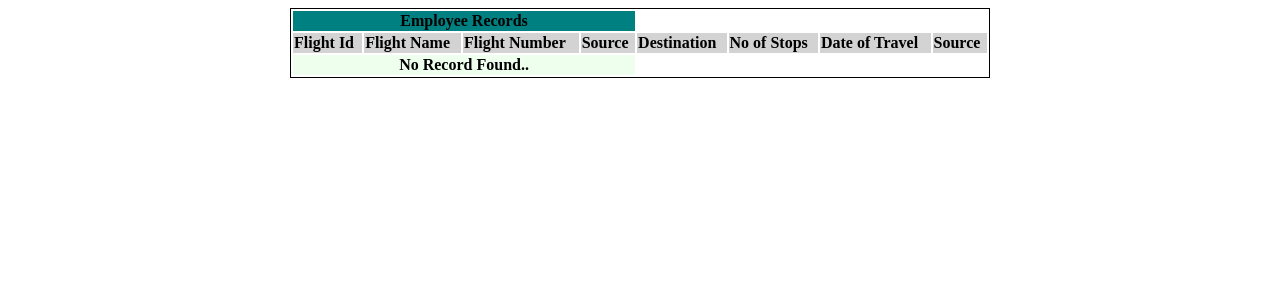
Repository: pawankas/Java_Mini_Project
Page: http://localhost/AirReservation/SearchView.jsp
An editor plug-in stored every save of this project. The page is shown before and after the next save, followed by the edit.
The browser window is 1280 px wide. The pictures show the whole page.
The page is served by Tomcat 9. Other server files are loaded and not shown. The template is opened directly, without the code that normally fills it, so the values that code supplies are empty.

Above is the page before, as saved 2022-03-16 05:39:02.

### Mini_Project_Java/AirReservation/WebContent/SearchView.jsp
<%@ page import="java.util.*" %>
 <%@page contentType="text/html" pageEncoding="UTF-8"%>
<!DOCTYPE HTML>
<html>
    <head>
    </head>
    <body>
        <table width="700px" align="center"
               style="border:1px solid #000000;">
            <tr>
                <td colspan=4 align="center"
                    style="background-color:teal">
                    <b>Employee Records</b></td>
            </tr>
            <tr style="background-color:lightgrey;">
                <td><b>Flight Id</b></td>
                <td><b>Flight Name</b></td>
                <td><b>Flight Number</b></td>
                <td><b>Source</b></td>
                <td><b>Destination</b></td>
                <td><b>No of Stops</b></td>
                <td><b>Date of Travel</b></td>
                <td><b>Source</b></td>
            </tr>
            <%
                int count = 0;
                String color = "#F9EBB3";
                if (request.getAttribute("piList") != null) {
                    ArrayList al = (ArrayList) request.getAttribute("piList");
                    System.out.println(al);
                    Iterator itr = al.iterator();
                    while (itr.hasNext()) {

                        if ((count % 2) == 0) {
                            color = "#eeffee";
                        }
                        count++;
                        ArrayList pList = (ArrayList) itr.next();
            %>
            <tr style="background-color:<%=color%>;">
                <td><%=pList.get(0)%></td>
                <td><%=pList.get(1)%></td>
                <td><%=pList.get(2)%></td>
                <td><%=pList.get(3)%></td>
            </tr>
            <%
                    }
                }
                if (count == 0) {
            %>
            <tr>
                <td colspan=4 align="center"
                    style="background-color:#eeffee"><b>No Record Found..</b></td>
            </tr>
            <%            }
            %>
        </table>
    </body>
</html>

After the next save:
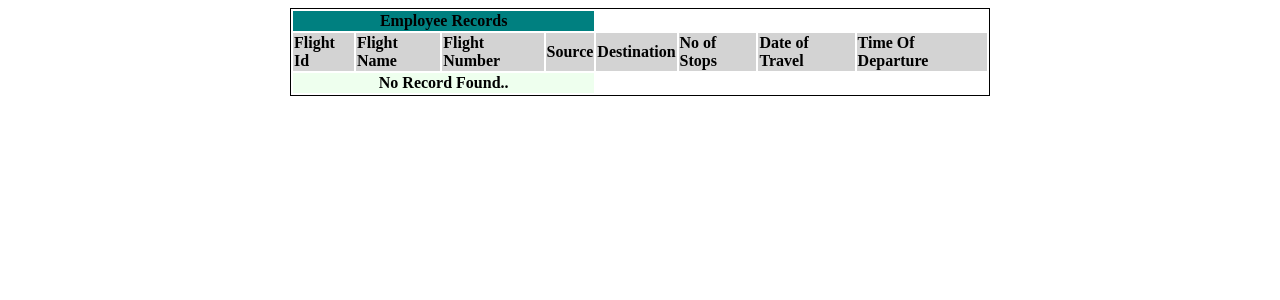
Saved 12 s later.
--- a/Mini_Project_Java/AirReservation/WebContent/SearchView.jsp
+++ b/Mini_Project_Java/AirReservation/WebContent/SearchView.jsp
@@ -20,7 +20,7 @@
                 <td><b>Destination</b></td>
                 <td><b>No of Stops</b></td>
                 <td><b>Date of Travel</b></td>
-                <td><b>Source</b></td>
+                <td><b>Time Of Departure</b></td>
             </tr>
             <%
                 int count = 0;
